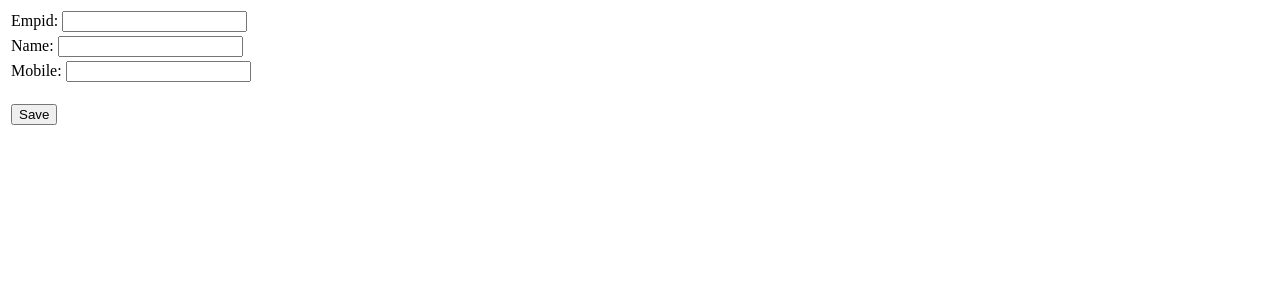
Repository: Suknaina/Repo
Page: MockServlet/src/main/webapp/Home.html
An editor plug-in stored every save of this project. The page is shown before and after the next save, followed by the edit.
The browser window is 1280 px wide. The pictures show the whole page.

Above is the page before, as saved 2023-05-23 17:06:45.

After the next save:
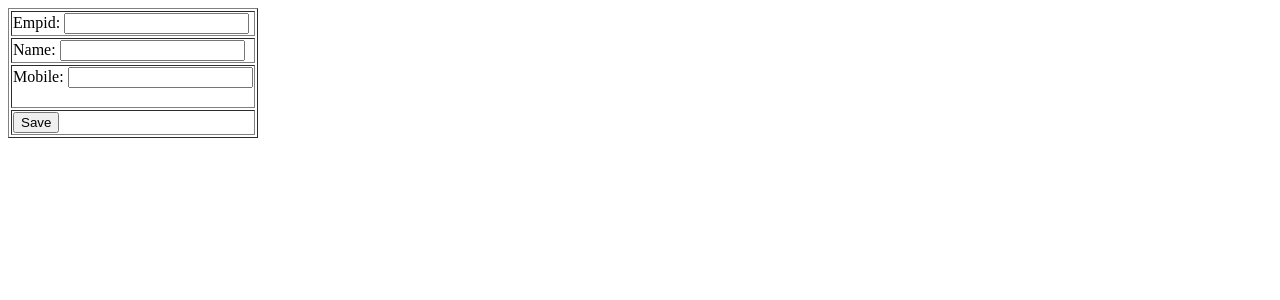
Saved 69 s later.
--- a/MockServlet/src/main/webapp/Home.html
+++ b/MockServlet/src/main/webapp/Home.html
@@ -5,7 +5,8 @@
 <title>Insert title here</title>
 </head>
 <body>
-	<table>
+
+	<table border="1px">
 		<form action="" method="post">
 			<tr>
 				<td>Empid: <input type="number" name="empid"><br>
